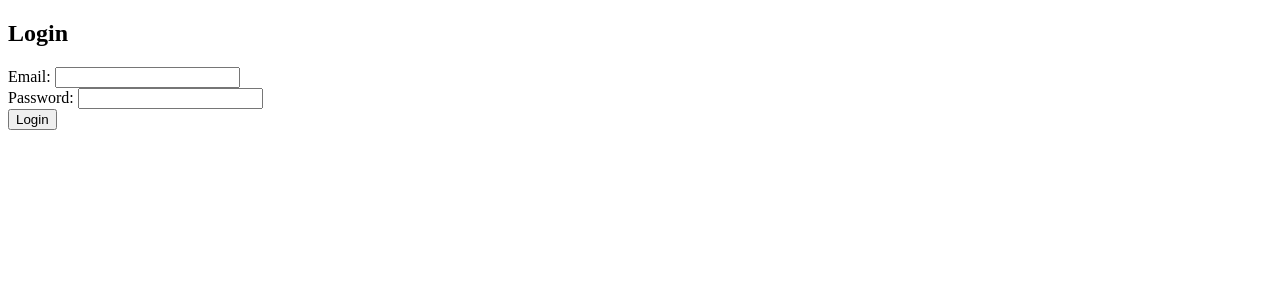
Repository: NarendarPaindla/JSPANDSERVLETS
Page: http://localhost/EmployeeLeavemangement/login.jsp
The author's editor kept a copy of each file at every save. The page is drawn from the files as they stood at one save, then again after the next save.
The browser window is 1280 px wide. The pictures show the whole page.
The page is served by Tomcat 9. Other server files are loaded and not shown.

Above is the page before, as saved 2025-02-03 06:43:53.

### EmployeeLeavemangement/src/main/webapp/login.jsp
<%@ page language="java" contentType="text/html; charset=UTF-8"
    pageEncoding="UTF-8"%>
<!DOCTYPE html>
<html>
<head>
<meta charset="UTF-8">
<title>Insert title here</title>
</head>
<body>
<div class="container">
<h2>Login</h2>
<form action="" method="post">
<div>
<label class="form-label">Email:</label>
<input type="email" name="email" class="form-control" required>
</div>
<div>
<label class="form-label">Password:</label>
<input type="password" name="password" class="form-control" required>
</div>
<button type="submit" class="btn">Login</button>
</form>
</div>
</body>
</html>

After the next save:
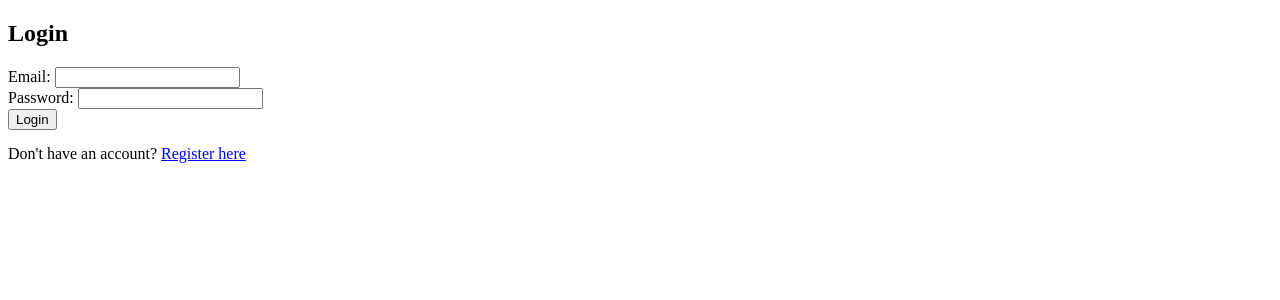
Saved 2 min 17 s later.
--- a/EmployeeLeavemangement/src/main/webapp/login.jsp
+++ b/EmployeeLeavemangement/src/main/webapp/login.jsp
@@ -20,6 +20,9 @@
 </div>
 <button type="submit" class="btn">Login</button>
 </form>
+<p style="margin-top: 15px;">
+Don't have an account? <a href="register.jsp">Register here</a>
+</p>
 </div>
 </body>
 </html>
